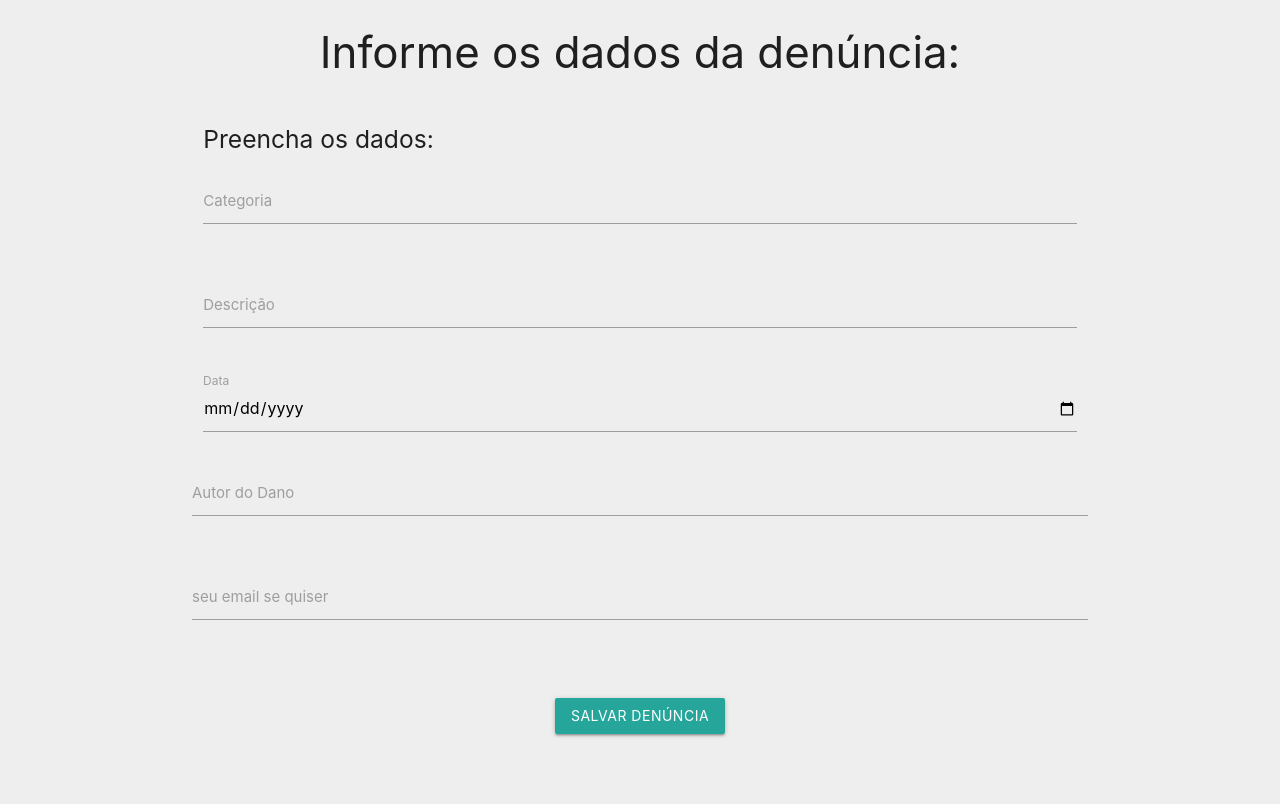
Repository: luisfernandofaria/ultimosinosi
Page: http://localhost/denuncia/dadosdenuncia
The author's editor kept a copy of each file at every save. The page is drawn from the files as they stood at one save, then again after the next save.
The browser window is 1280 px wide. The pictures show the whole page.
Some web libraries are served in a nearby version. The page is this project's Thymeleaf template; nobody is signed in. The template is opened directly, without the code that normally fills it, so the values that code supplies are empty.

Above is the page before, as saved 2019-11-19 16:38:59.

After the next save:
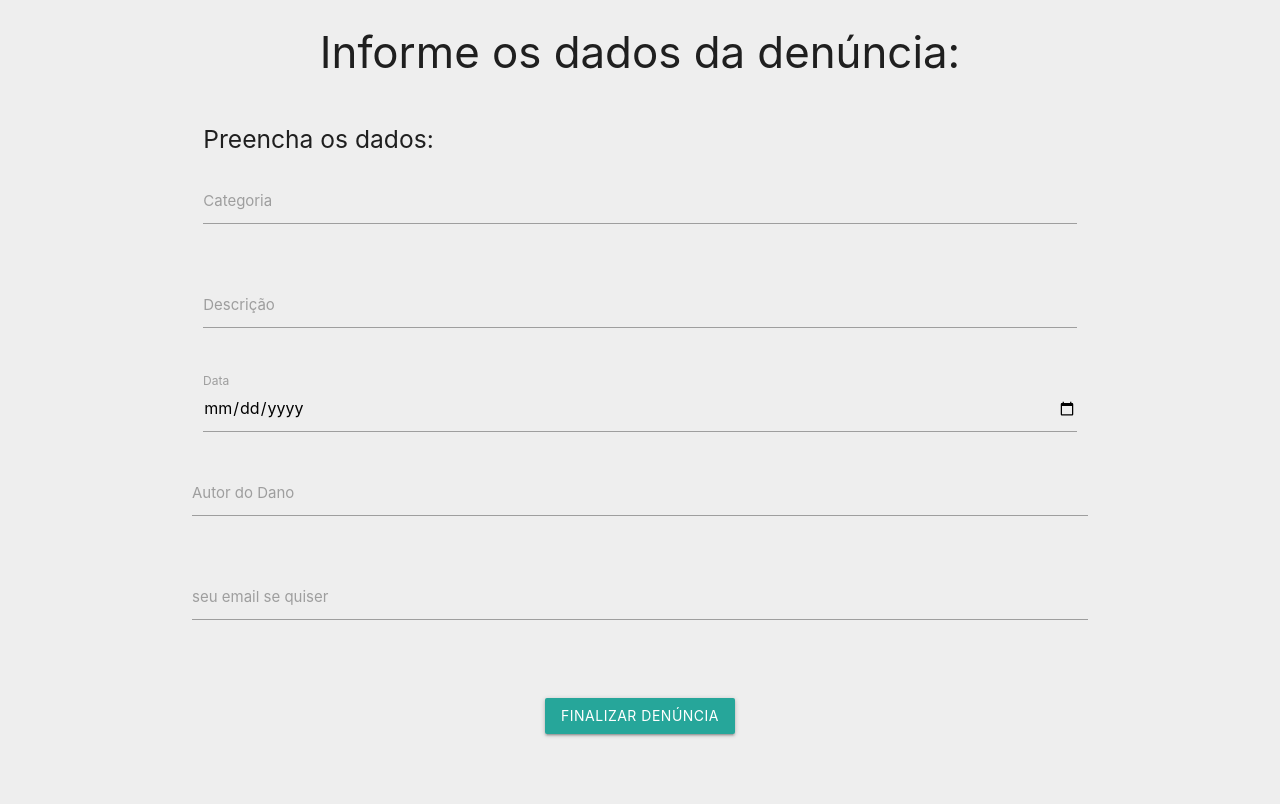
Saved 83 s later.
--- a/sino/src/main/resources/templates/denuncia/dadosdenuncia.html
+++ b/sino/src/main/resources/templates/denuncia/dadosdenuncia.html
@@ -59,7 +59,7 @@
 					<div class="row">
 						<div class="input-field col s12 center">
 							<button class="btn waves-effect waves-light" type="submit"
-								name="action">Salvar Denúncia</button>
+								name="action">Finalizar Denúncia</button>
 						</div>
 					</div>
 			</form>
